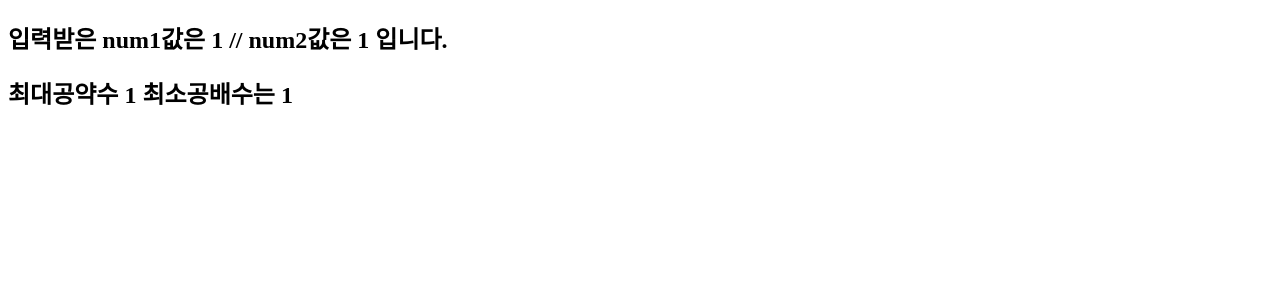
Repository: redi961/JSP_Studying
Page: http://localhost/MustHaveJSP/Calc.jsp
The author's editor kept a copy of each file at every save. The page is drawn from the files as they stood at one save, then again after the next save.
The browser window is 1280 px wide. The pictures show the whole page.
The page is served by Tomcat 9.

Above is the page before, as saved 2022-10-06 04:05:28.

After the next save:
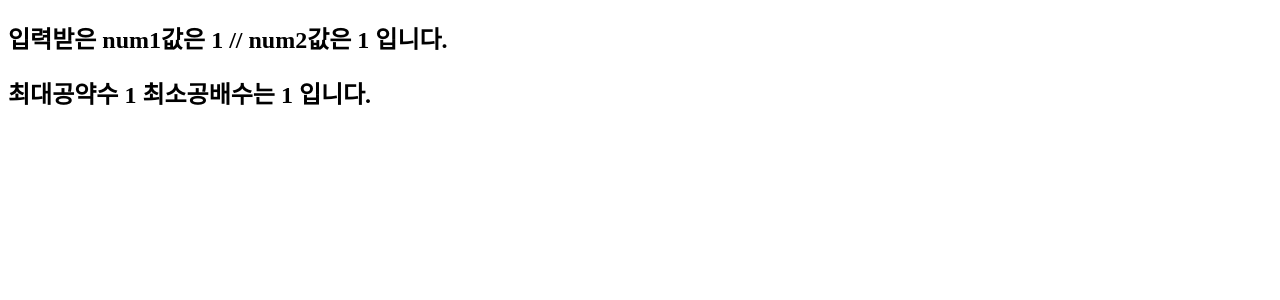
Saved 3 s later.
--- a/MustHaveJSP/src/main/webapp/Calc.jsp
+++ b/MustHaveJSP/src/main/webapp/Calc.jsp
@@ -38,7 +38,7 @@ while(rem != 0) {
 <body>
 <!-- 주소 뒤 ? 변수= 변수입력을 통하여 변수 변경 가능 -->
 <h2>입력받은 num1값은 <%=num1%> // num2값은 <%=num2%> 입니다.</h2>
-<h2>최대공약수 <%= min %> 최소공배수는 <%= (num1*num2)/min %></h2>
+<h2>최대공약수 <%= min %> 최소공배수는 <%= (num1*num2)/min %> 입니다.</h2>
 
 </body>
 </html>
